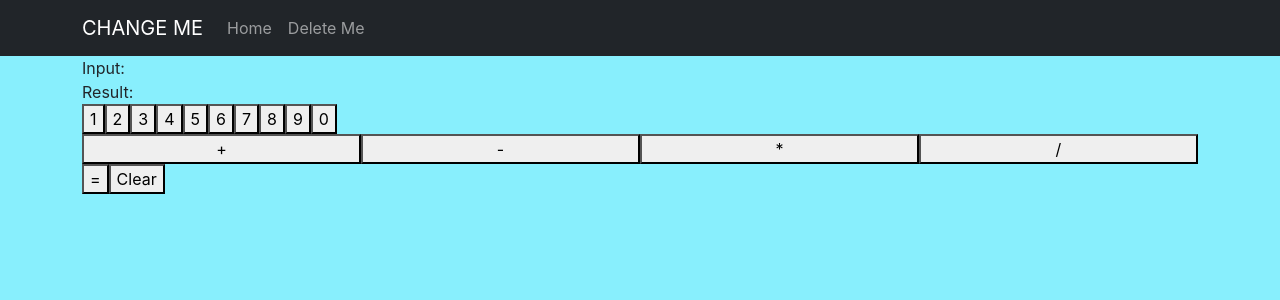
Repository: jgramirez0210/calculator-react
Page: /
An editor plug-in stored every save of this project. The page is shown before and after a run of saves, followed by the edit.
The browser window is 1280 px wide. The pictures show the whole page.
The project was rebuilt for these pictures with package versions that can differ from the ones it lists, and the page was loaded fresh each time. The framework's server and built-in components were replaced by stand-ins that run in the browser. Also part of the build but not shown: next.config.js.

Above is the page before, as saved 2024-01-09 20:28:27.

### pages/_app.js
/* eslint-disable react/prop-types */
import 'bootstrap/dist/css/bootstrap.min.css';
import NoAuth from '../components/NoAuth'; // TODO: COMMENT OUT FOR AUTH
import '../styles/globals.css';
// import { AuthProvider } from '../utils/context/authContext'; // TODO: COMMENT IN FOR AUTH
// import ViewDirectorBasedOnUserAuthStatus from '../utils/ViewDirector'; // TODO: COMMENT IN FOR AUTH

function MyApp({ Component, pageProps }) {
  return (
    <>
      <NoAuth
        component={Component}
        pageProps={pageProps}
      />

      {/* TODO: Delete NoAuth component above and comment in code below for authentication */}
      {/* <AuthProvider>
        <ViewDirectorBasedOnUserAuthStatus
          // if status is pending === loading
          // if status is logged in === view app
          // if status is logged out === sign in page
          component={Component}
          pageProps={pageProps}
        />
      </AuthProvider> */}
    </>
  );
}

export default MyApp;

### pages/index.js
import React, { useState } from 'react';
import { evaluate } from 'mathjs';

function Calculator() {
  const [input, setInput] = useState('');
  const [result, setResult] = useState(null);

  const handleDigit = (digit) => {
    setInput((prevInput) => prevInput + digit);
  };
  const handleOperation = (operation) => {
    setInput((prevInput) => prevInput + operation);
  };
  const calculateResult = () => {
    try {
      if (/[\d]$/.test(input)) {
        setResult(evaluate(input));
      } else {
        setResult('Error: Invalid expression');
      }
    } catch (error) {
      setResult('Error: Invalid expression');
    }
  };
  const handleClear = () => {
    setInput('');
    setResult(null);
  };
  return (
    <div>
      <div> Input: {input}</div>
      <div> Result: {result}</div>
      <div className="calculator-grid">
        <div className="calculator-numbers">
          {[1, 2, 3, 4, 5, 6, 7, 8, 9, 0].map((digit) => (
            <button type="button" className={`button-${digit}`} onClick={() => handleDigit(digit)}>{digit}</button>
          ))}
        </div>
        <div className="calculator-operators">
          {['+', '-', '*', '/'].map((operation) => (
            <button type="button" onClick={() => handleOperation(operation)}>{operation}</button>
          ))}
        </div>
        <button type="button" onClick={calculateResult}>=</button>
        <button type="button" onClick={handleClear}>Clear</button>
      </div>
    </div>
  );
}

export default Calculator;

### components/NoAuth.js
/* eslint-disable react/forbid-prop-types */
import React from 'react';
import PropTypes from 'prop-types';
import NoAuthNavBar from './NoAuthNavBar';

function NoAuth({ component: Component, pageProps }) {
  return (
    <>
      <NoAuthNavBar />
      <div className="container">
        <Component {...pageProps} />
      </div>
    </>
  );
}

NoAuth.propTypes = {
  component: PropTypes.func.isRequired,
  pageProps: PropTypes.oneOfType([PropTypes.object]).isRequired,
};

export default NoAuth;

### styles/globals.css
@import 'bootstrap/dist/css/bootstrap.css';

html,
body {
  padding: 0;
  margin: 0;
  font-family: -apple-system, BlinkMacSystemFont, Segoe UI, Roboto, Oxygen,
    Ubuntu, Cantarell, Fira Sans, Droid Sans, Helvetica Neue, sans-serif;
}

a {
  color: inherit;
  text-decoration: none;
}

* {
  box-sizing: border-box;
}

body {
  background-color: #88effd;
}

.calculator-grid {
  display: grid;
  grid-template-columns: repeat(4, 1fr); /* Creates a 4-column layout */
  gap: 10px; /* Sets the gap between grid items */
  background-color: #80ced6; /* Calculator background color */
  padding: 20px; /* Padding around the calculator */
  max-width: 300px; /* Maximum width of the calculator */
  margin: auto; /* Center the calculator */
}

.calculator-display,
.calculator-grid,
.calculator-operators {
  display: contents; /* Use display: contents to allow child elements to use grid layout directly */
}

.calculator-button {
  background-color: #fff; /* Button background color */
  border: 2px solid #000; /* Button border */
  font-size: 1rem; /* Button font size */
  padding: 10px; /* Button padding */
  cursor: pointer; /* Cursor pointer when hovering over buttons */
}

.calculator-display input {
  grid-column: span 4; /* Display input spans all 4 columns */
  padding: 10px; /* Padding for the input field */
  font-size: 1rem; /* Font size for the input field */
}

/* Add styles for your result display here */
.calculator-result {
  grid-column: span 4; /* Result display spans all 4 columns */
  /* Additional styling for the result display */
}

/* If you want to nest operators under the digits */
.calculator-operators {
  grid-column: span 4; /* Operator buttons span all 4 columns */
  display: grid;
  grid-template-columns: repeat(4, 1fr); /* Creates a nested 4-column layout for operators */
}

### components/NoAuthNavBar.js
/* eslint-disable jsx-a11y/anchor-is-valid */
import React from 'react';
import Link from 'next/link';
import {
  Navbar, Container, Nav,
} from 'react-bootstrap';

export default function NoAuthNavBar() {
  return (
    <Navbar collapseOnSelect expand="lg" bg="dark" variant="dark">
      <Container>
        <Link passHref href="/">
          <Navbar.Brand>CHANGE ME</Navbar.Brand>
        </Link>
        <Navbar.Toggle aria-controls="responsive-navbar-nav" />
        <Navbar.Collapse id="responsive-navbar-nav">
          <Nav className="me-auto">
            {/* CLOSE NAVBAR ON LINK SELECTION: https://stackoverflow.com/questions/72813635/collapse-on-select-react-bootstrap-navbar-with-nextjs-not-working */}
            <Link passHref href="/">
              <Nav.Link>Home</Nav.Link>
            </Link>
            <Link passHref href="/delete-me">
              <Nav.Link>Delete Me</Nav.Link>
            </Link>
          </Nav>
        </Navbar.Collapse>
      </Container>
    </Navbar>
  );
}

After the next 3 saves:
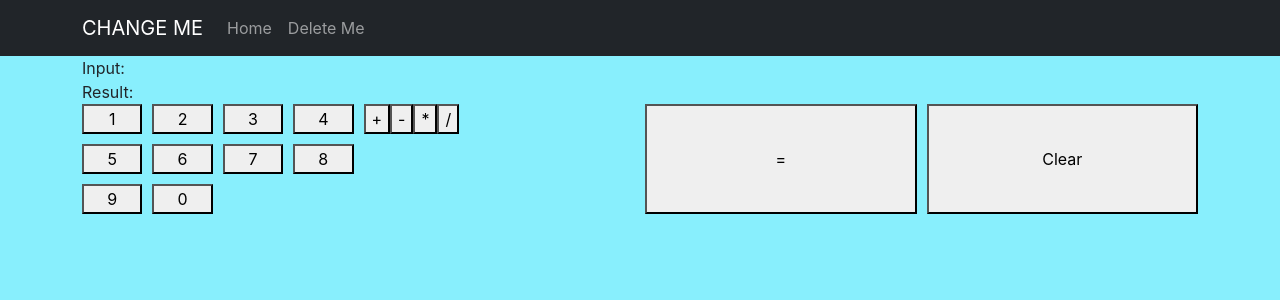
The 3 saves are shown as one change because they came seconds apart.
The last was saved 25 s later.
--- a/styles/globals.css
+++ b/styles/globals.css
@@ -23,43 +23,11 @@ body {
 
 .calculator-grid {
   display: grid;
-  grid-template-columns: repeat(4, 1fr); /* Creates a 4-column layout */
-  gap: 10px; /* Sets the gap between grid items */
-  background-color: #80ced6; /* Calculator background color */
-  padding: 20px; /* Padding around the calculator */
-  max-width: 300px; /* Maximum width of the calculator */
-  margin: auto; /* Center the calculator */
+  grid-template-columns: repeat(4, 1fr);
+  gap: 10px;
 }
-
-.calculator-display,
-.calculator-grid,
-.calculator-operators {
-  display: contents; /* Use display: contents to allow child elements to use grid layout directly */
+.calculator-numbers {
+  display: grid;
+  grid-template-columns: repeat(4, 1fr);
+  gap: 10px;
 }
-
-.calculator-button {
-  background-color: #fff; /* Button background color */
-  border: 2px solid #000; /* Button border */
-  font-size: 1rem; /* Button font size */
-  padding: 10px; /* Button padding */
-  cursor: pointer; /* Cursor pointer when hovering over buttons */
-}
-
-.calculator-display input {
-  grid-column: span 4; /* Display input spans all 4 columns */
-  padding: 10px; /* Padding for the input field */
-  font-size: 1rem; /* Font size for the input field */
-}
-
-/* Add styles for your result display here */
-.calculator-result {
-  grid-column: span 4; /* Result display spans all 4 columns */
-  /* Additional styling for the result display */
-}
-
-/* If you want to nest operators under the digits */
-.calculator-operators {
-  grid-column: span 4; /* Operator buttons span all 4 columns */
-  display: grid;
-  grid-template-columns: repeat(4, 1fr); /* Creates a nested 4-column layout for operators */
-}
